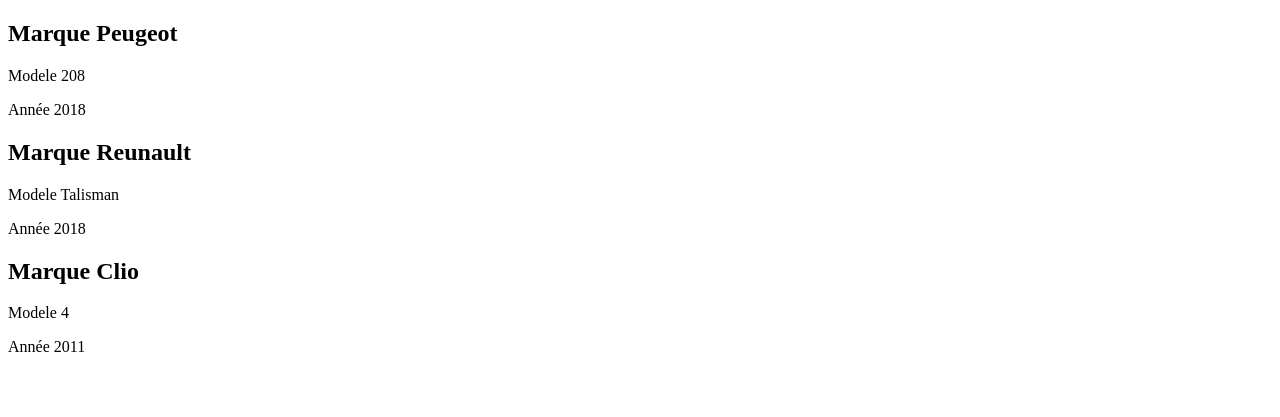
Repository: Coumba25040/coumbaProjet
Page: exoGPT/index.html
These files come from the project's save history. The page is drawn as it stood at one moment and after the next save; the edit follows.
The browser window is 1280 px wide. The pictures show the whole page.

Above is the page before, as saved 2025-06-23 09:26:57.

### exoGPT/index.html
<!DOCTYPE html>
<html lang="en">
<head>
    <meta charset="UTF-8">
    <meta name="viewport" content="width=device-width, initial-scale=1.0">
    <title>Document</title>
</head>
<body>
    <label for="voiture"></label>
    <div id="container-voiture"></div>

    <script src="main.js"></script>
</body>
</html>

### exoGPT/main.js
// let voitures = [{
//     marque: "clio",
//     modele: "4",
//     annee: 2011

// }]

// voitures.forEach(voiture => {
//     document.write(`<p>Marque ${voiture.marque}</p>`)
//     document.write(`<p>Modele ${voiture.modele}</p>`)
//     document.write(`<p>Année ${voiture.annee}</p>`)

// });


let voitures = [

    {marque: "Clio", modele: "4", annee: 2011},
    {marque: "Peugeot", modele: "208", annee: 2018},
    {marque: "Reunault", modele: "Talisman", annee: 2018}

]

voitures.sort((a, b) => b.annee - a.annee)

let containerVoiture = document.getElementById("container-voiture")


voitures.forEach(({marque, modele, annee}) => {

    containerVoiture.innerHTML += `
    <div class='voiture'>
        <h2>Marque ${marque}</h2>
        <p>Modele ${modele}</p>
        <p>Année ${annee}</p>
    </div>`
});

After the next save:
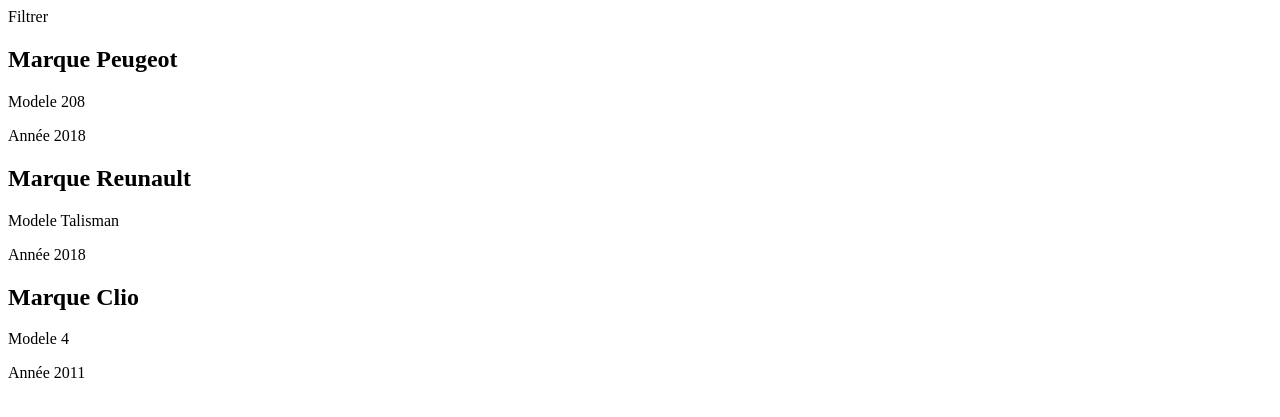
Saved 14 s later.
--- a/exoGPT/index.html
+++ b/exoGPT/index.html
@@ -6,7 +6,7 @@
     <title>Document</title>
 </head>
 <body>
-    <label for="voiture"></label>
+    <label for="voiture">Filtrer</label>
     <div id="container-voiture"></div>
 
     <script src="main.js"></script>
